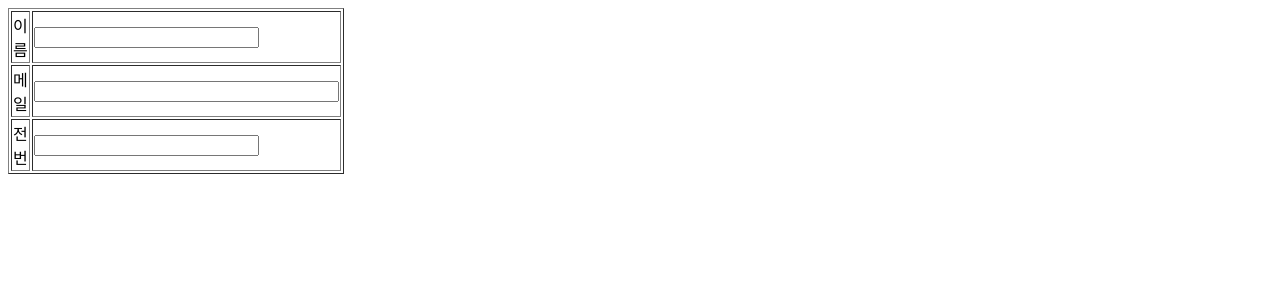
Repository: noopzzya/study_jsp_globalin
Page: http://localhost/ServletProject/actiontag/register.jsp
The author's editor kept a copy of each file at every save. The page is drawn from the files as they stood at one save, then again after the next save.
The browser window is 1280 px wide. The pictures show the whole page.
The page is served by Tomcat 9. Other server files are loaded and not shown.

Above is the page before, as saved 2023-02-02 01:09:45.

### ServletProject/src/main/webapp/actiontag/register.jsp
<%@ page language="java" contentType="text/html; charset=UTF-8"
    pageEncoding="UTF-8"%>
<!DOCTYPE html>
<html>
<head>
<meta charset="UTF-8">
<title>Customer 가입페이지</title>
</head>
<body>
<form action="add.jsp" method="post">
<table border="1" width="300">
	<tr>
		<td width="100">이름</td>
		<td width="200"><input type="text" name="name" size="25"></td>
	</tr>

	<tr>
		<td width="100">메일</td>
		<td width="200"><input type="text" name="email" size="35"></td>
	</tr>

	<tr>
		<td width="100">전번</td>
		<td width="200"><input type="text" name="phone" size="25"></td>
	</tr>

</table>
</form>
</body>
</html>

After the next save:
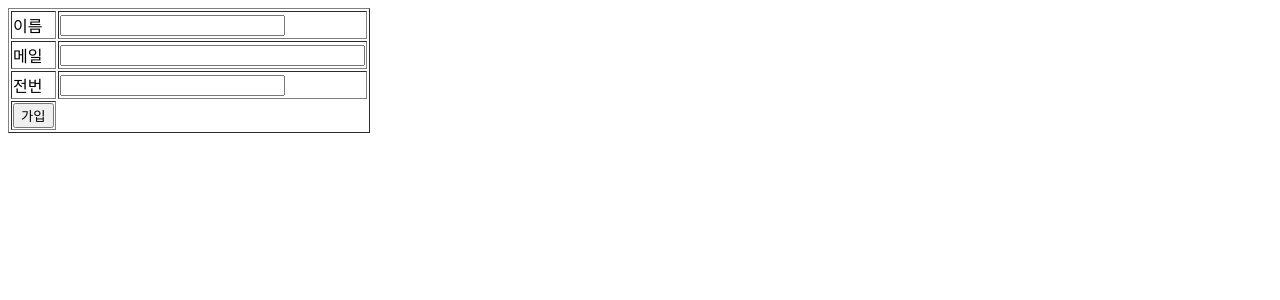
Saved 85 s later.
--- a/ServletProject/src/main/webapp/actiontag/register.jsp
+++ b/ServletProject/src/main/webapp/actiontag/register.jsp
@@ -24,6 +24,12 @@
 		<td width="200"><input type="text" name="phone" size="25"></td>
 	</tr>
 
+	<tr>
+		<td>
+			<input type="submit" value="가입">
+		</td>
+	</tr>
+
 </table>
 </form>
 </body>
